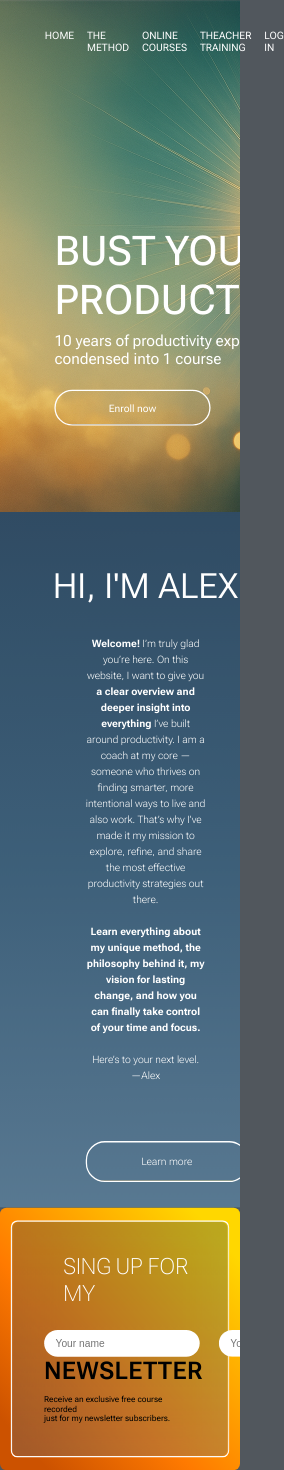
Repository: Parnicoza/testecomplete
Page: Productivity.copie.html
These files come from the project's save history. The page is drawn as it stood at one moment and after the next save; the edit follows.
The browser window is 375 px wide. The page is 443 px wide, so the pictures cover 443 px, including what lies to the right of the window. The pictures show the whole page, at 64% of full size.

Above is the page before, as saved 2025-05-29 12:49:59.

### Productivity.copie.html
<!DOCTYPE html>
<html lang="en">

<head>
    <meta charset="utf-8">
    <title>Productivity</title>
    <link rel="stylesheet" href="stilizaretestcomplet-14.css">
    <link rel="icon" href="imaginitestecomplete/dashboard.ico">
    <link rel="stylesheet" href="peoductivitate.css">
    <meta name="viewport" content="width=device-width, initial-scale=1.0">
    <meta charset="UTF-8">
    <link rel="preconnect" href="https://fonts.googleapis.com">
    <link rel="preconnect" href="https://fonts.gstatic.com" crossorigin>
    <link href="https://fonts.googleapis.com/css2?family=Roboto+Flex:opsz,wght@8..144,100..1000&display=swap"
        rel="stylesheet">
</head>

<body>
    <header>
        <nav>
            <ul class="nav-links">
                <li><a href="">HOME</a></li>
                <li><a href="">THE METHOD </a></li>
                <li><a href="">ONLINE COURSES</a></li>
                <li><a href="">THEACHER TRAINING</a></li>
                <li><a href="">LOG IN</a></li>
            </ul>
        </nav>
    </header>
    <div class="hero-section">
        <!--Acest div este pentru a separa, cu un background , the intro of the page ,cum ar venii , fata de restul paginii-->
        <figure>
            <h1 class="main-heading-pentru-productivity"> Bust Your <br>
                Productivity</h1>
            <figcaption class="caption-for-the-heading">10 years of productivity expertise condensed into 1 course
            </figcaption>
            <a class="button" href="https://www.maltemartenmethod.com/"><span>Enroll now</span></a>
        </figure>
    </div>

    <div class="background-after-hero"
        style="background: linear-gradient(to bottom, #1e3c56, #2c516d, #4a6d88), rgba(255, 255, 255, 0.08); background-blend-mode: overlay; padding: 40px; margin-top: 0;">
        <div class="HIIAMALEX">
            <h2>HI, I'M ALEX</h2>
            <p>
                <b>Welcome!</b> I’m truly glad you’re here. On this website, I want to give you <b>a clear overview and
                    deeper insight into everything</b> I’ve built around productivity. I am a coach at my core — someone
                who thrives on finding smarter, more intentional ways to live and also work. That’s why I’ve made it my
                mission to explore, refine, and share the most effective productivity strategies out there.<br>

                <br><b>Learn everything about my unique method, the philosophy behind it, my vision for lasting change,
                    and how you can finally take control of your time and focus.</b><br>

                <br>Here’s to your next level.<br>
                —Alex
                <a class="learn-more-btn" href="https://www.maltemartenmethod.com/"><span>Learn more</span></a>
            </p>
        </div>
    </div>

    <div class="newsletter"><!--ACESTA ESTE BACKROUND-UL , DIN SPATE , CEL CU ROSU-->
        <div class="newsletter-text"><!--ACESTA ESTE BORDERUL/BACKGROUND-UL CU BORDER-->
            <div class="newsletter-overlay"></div>
            <div class="text">
                <!--ACEST DIV ESTE PENTRU TEXTUL PROPRIU ZIS , AICI PUN TEXTUL SI MA OC CU PROPRIETATILE LUI-->
                <p class="singup">SING UP FOR MY<br>
                    <form class="newsletter-form-row">
                        <input type="text"  placeholder="Your name"  required>
                        <input type="email" placeholder="Your email" required>
                        <button type="submit">Subscribe</button>
                    </form>
                    <span class="span">NEWSLETTER</span><br>
                    <span style="font-size: small; display: inline-block;margin-top: 15px;">Receive an exclusive free course recorded
                        <br>just for my newsletter subscribers.</span>
                </p>
            </div>
        </div>
    </div>
</body>

</html>

### stilizaretestcomplet-14.css
body{
    background-color:#51575D;
}

.main-heading{
    text-align: center;
    text-transform: uppercase;
    text-shadow: 15px 15px 15px black;
    font-size: 3.5em;
    color: black;
}

.background-for-the-heading{
    background: linear-gradient(to right, #5B6770, #9CAEBF);
    margin: 20px;
    padding: 5px;
    border-radius: 10px;
    margin-left: 170px;
}

.thesamebackground{
    background-color: rgba(91, 103, 112, 0.6) ;
    margin-left: 170px;
    margin-top: 50px;
    text-align: center;
    padding: 10px;
    border-radius: 10px;
    box-shadow: 5px 5px 15px black;
    margin-right: 20px;
}

.paragraph-gradient{
    color: #ffff;
    font-size: 2em;
    -webkit-text-stroke: 0.7px black;
    text-align: center;
}

.quote{
    border: 1px dotted black;
    padding: 10px;
    margin-left: 150px;
}

.divider{
    border: none;
    height: 4px;
    background-color: lightgray;
    border: 3px dotted black;
    margin: 14px;
    margin-left: 150px;
}

.image{
    border-radius: 5px;
    box-shadow: 5px 5px 15px black;
    display: block;
    margin: 0 auto;
}

.picture{
    margin-left: 160px;
}

.Dashboard{
    display: flex;
}

.sidebar{
    display: flex;
    flex-direction: column;
   width: 140px;
   position: fixed;
   left: 0;
   top: 0;
   height: 96vh;
   justify-content: center;
   margin: 20px;
   background-color: #6A747D;
    border-radius: 10px;
    box-shadow: -5px -5px 15px black;

}

.list{
    list-style-type: none;
    display: flex;
    flex-direction: column;
    gap: 30px;
    padding: 0;
    margin-left: 10px;
}

.container{
    margin-left: 160px;
}

.divimage{
    display: block;
    margin-left: 160px;
    margin-top: 50px;

}

.figcaption{
    font-style: italic;
    font-weight: bold;
    margin: 20px;
}

.home{
    color: black;
}

.BLOCKS{
    display: flex;
    flex-direction: row;
    justify-content: space-evenly;
    gap: 20px;
}
.blocks{
    display: flex;
    flex-direction: column;
    justify-content: space-evenly;
    width: 350px;
    margin-left: 170px;
    background-color: rgba(91, 103, 112, 0.6);
    box-shadow: 5px 5px 15px black;
    border-radius: 10px;
    padding: 10px;
    margin-right: 20px;
}

.blocks2{
    display: flex;
    flex-direction: column;
    justify-content: space-evenly;
    width: 350px;
    background-color: rgba(91, 103, 112, 0.6);
    box-shadow: 5px 5px 15px black;
    border-radius: 10px;
    padding: 10px;
    margin-right: 20px;
}

.blocks3{
    display: flex;
    flex-direction: column;
    justify-content: space-evenly;
    width: 350px;
    background-color: rgba(91, 103, 112, 0.6);
    box-shadow: 5px 5px 15px black;
    border-radius: 10px;
    padding: 10px;
    margin-right: 20px;
}
.headingforblock{
    text-align: left;
    text-transform: uppercase;
    font-weight: bold;
    color: black;
    display: flex;
}

.paragraph-gradient1{
    color: #ffff;
    -webkit-text-stroke: 0.6px black;
    font-size: 25px;
    text-align: center;
}

.footer{
    margin-left: 170px;
}

.social-media{
    display: flex;
    flex-direction: row;
    justify-content: space-evenly;
    gap: 20px;
    margin-top: 250px;
}
.ul{
    list-style-type: none;
    display: flex;
    flex-direction: row;
    gap: 20px;
    padding: 0;
}

.footer-text{
    color: white;
    font-size: smaller;
    text-align: center;
    margin: 0 auto;
    width: 650px;
}

.Disclaimer{
    color: white;
    font-size: large;
}

.ifarme{
    margin-left: 160px;
    margin-top: 10px;
}

### peoductivitate.css
html,body{overflow-x:hidden;}
body{
    font-family: "Roboto Flex", sans-serif;
    margin: 0;
}

.hero-section{
    height: 100vh;
    display: flex;
    align-items: center;
    background-image: url('imaginitestecomplete/sky.png');
    background-position: center;
    background-size: cover;
    background-repeat: no-repeat;
    /* A RAMAS SA PUN BACKGROUND */
    background-size: cover;
    background-position: center;
    background-repeat: no-repeat;
    margin-bottom: 0;
    width: 100%;
}

.background-after-hero {
    background: linear-gradient(to bottom, #1e3c56, #2c516d, #4a6d88), rgba(255, 255, 255, 0.08);
    background-blend-mode: overlay;
    padding: 40px;
    margin-top: 0;
    min-height: 60vh;
    width: 100%;
    overflow-x: hidden;

}

nav{
    position: absolute;
    width: 100%;
    z-index: 1000;
    margin: 30px;
}

.nav-links{
    list-style-type: none;
    display: flex;
    justify-content: flex-start;
    gap: 20px;
}

.nav-links li a{
    text-decoration: none;
    color: white;
}

.main-heading-pentru-productivity{
    text-transform: uppercase;
    font-size: 4rem;
    color: white;
    text-align: left;
    line-height: 1.2em;
    margin-top: 220px;
    margin-left: 45px;
    margin-bottom: 10px;
    font-weight: 450;
}

.caption-for-the-heading{
    display: inline-block;
    text-align: left;
    margin-left: 45px;
    font-size: x-large;
    color: white;
}

.HIIAMALEX{
    color: white;
    text-align: center;
}

.HIIAMALEX h2{
    font-weight: 330;
    font-size: 3.4em;
}

.HIIAMALEX p{
    font-weight: 200;
    width: 50%;
    text-align: center;
    margin: 0 auto;
    line-height: 25px;
}

.button{
    background: transparent;
   border: 2px solid white;
    border-radius: 30px;
    display: flex;
    justify-content: center;
    align-items: center;
    text-align: center;
    width: 240px;
    height: 52px;
    margin-top: 35px;
    margin-left: 45px;
    color: white;
    text-decoration: none;
    position: relative;
    overflow: hidden;
    z-index: 1;
}

.button::before {
    content: "";
    position: absolute;
    bottom: -100%;         /* de jos, complet ascuns la început */
    left: 0;
    width: 100%;
    height: 100%;
    background: linear-gradient(to bottom, #1e3c56, #2c516d, #4a6d88), rgba(255, 255, 255, 0.08);
    transition: bottom 0.4s ease;
    z-index: 0;
}
.button:hover::before {
    bottom: 0;  /* se ridică complet peste buton */
}
.button span {
    position: relative;
    z-index: 2;
}

.learn-more-btn{
    background: transparent;
    border: 2px solid white;
    border-radius: 30px;
    display: flex;
    align-items: center;
    justify-content: center;
    text-align: center;
    width: 250px;
    height: 60px;
    margin: 0 auto;
    position: relative;
    overflow: hidden;
    z-index: 1;
    color: white;
    text-decoration: none;
    margin-top: 90px;
}

.learn-more-btn::before{
    content: "";
    position: absolute;
    bottom: -100%;         /* de jos, complet ascuns la început */
    left: 0;
    width: 100%;
    height: 100%;
    background: linear-gradient(to top right, #cc5200 10%, #ff7a00 40%, #ffd700 90%);
    transition: bottom 0.4s ease;
    z-index: 0;
}

.learn-more-btn:hover::before{
    bottom: 0;  /* se ridică complet peste buton */
}

.learn-more-btn span{
    position: relative;
    z-index: 2;
}

.newsletter{
    background: linear-gradient(to top right, #cc5200 10%, #ff7a00 40%, #ffd700 90%);
    min-height: 45vh;
    display: flex;
    justify-content: center;
    align-items: center;
    flex-direction: column;
    width: 100%;
    border-radius: 10px;
}
.singup {
    color: white;
    font-size: 35px;
    font-weight: 100;
    text-align: left;
    margin-left: 30px;
    line-height: 1.2;
}
.span {
    display: inline-block;
    font-weight: 600;
    width: 250px;
    text-align: left;
    font-size: 38px;
    letter-spacing: 0.5px;
}

.newsletter-text{
    border: 2px solid white;
    width: 90%;
    max-width: 1150px;
    margin: 20px auto;
    position: relative;
    border-radius: 10px;

}
.text{
    margin: 50px;
    position: relative;
    z-index: 2;
}
.newsletter-overlay{
    position: absolute;
    top: 0;
    left: 0;
    width: 100%;
    height: 100%;
    background: linear-gradient(
      to bottom,
      rgba(30, 60, 86, 0.3),
      rgba(44, 81, 109, 0.3),
      rgba(74, 109, 136, 0.3)
    );
    backdrop-filter: blur(30px);
    border-radius: 4px;
    z-index: 0;
    border-radius: 10px;
}

.newsletter-form-row{
    display: flex;
    align-items: center;
    justify-content: space-between;
    gap: 30px;
}
form {
    display: flex;
    gap: 20px;
  }

  form input {
    padding: 12px 18px;
    border-radius: 25px;
    border: none;
    background-color: white;
    color: #333;
    font-size: 16px;
  }
  form input:focus {
    outline: none;
    box-shadow: 0 0 0 2px #ffa50044;
  }
  .explore-courses{
    background: linear-gradient(to bottom, #1e3c56, #2c516d, #4a6d88), rgba(255, 255, 255, 0.08);
    display: flex;
    justify-content: center;
    flex-direction: column;
    align-items: center;
    min-height: 100vh;
  }

  .explore-courses-text{
    width: 50%;
    text-align: center;
    color: white;
    margin: 0 auto;
    line-height: 25px;
    font-weight: 200;
    margin-top: 45.152px;
  }

  .explore-courses h2{
    font-weight: 330;
    font-size: 3.4em;
    color: white;
    text-align: center;
}

.course-cards{
    display: flex;
    align-items: center;
    justify-content: space-evenly;
    gap: 100px;
    margin: auto;
    margin-top: 50px;
}

.borderfortheimages{
    border-radius: 25px;
}
.scroll-appear {
    opacity: 0;
    transform: translateY(-30px);
    transition: opacity 1.5s ease, transform 1.5s ease;
}

.scroll-appear.show {
    opacity: 1;
    transform: translateY(0);
}

.join-btn {
    margin-top: 50px;      /* pushes the button down a bit */
    margin-bottom: 40px;   /* optional bottom spacing */
}

After the next save:
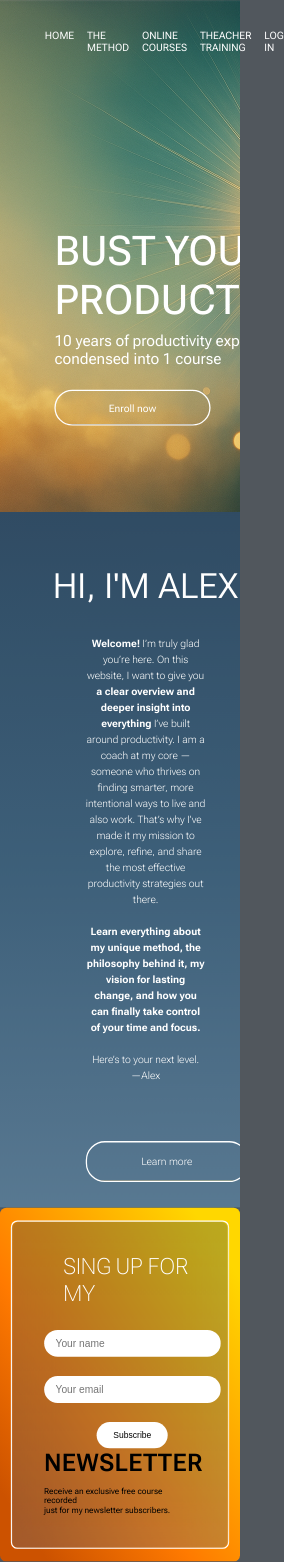
Saved 3 min 22 s later.
--- a/peoductivitate.css
+++ b/peoductivitate.css
@@ -1,3 +1,44 @@
+.newsletter-form-row{
+    display:flex;
+    align-items:center;
+    gap:30px;
+    margin-top:25px;
+    flex-wrap:wrap;
+    justify-content:center;
+}
+
+.newsletter-form-row input{
+    width:240px;
+    padding:12px 18px;
+    border-radius:25px;
+    border:none;
+    background:#fff;
+    font-size:16px;
+}
+.newsletter-form-row input:focus{
+    outline:none;
+    box-shadow:0 0 0 2px #ffa50044;
+}
+
+.newsletter-form-row button{
+    padding:13px 26px;
+    border-radius:25px;
+    background:#ffffff;
+    border:none;
+    cursor:pointer;
+    transition:background 0.3s ease;
+}
+.newsletter-form-row button:hover{
+    background:#ffe3b3;
+}
+
+/* mobile stacking */
+@media (max-width:600px){
+    .newsletter-form-row{
+        flex-direction:column;
+        gap:15px;
+    }
+}
 html,body{overflow-x:hidden;}
 body{
     font-family: "Roboto Flex", sans-serif;
